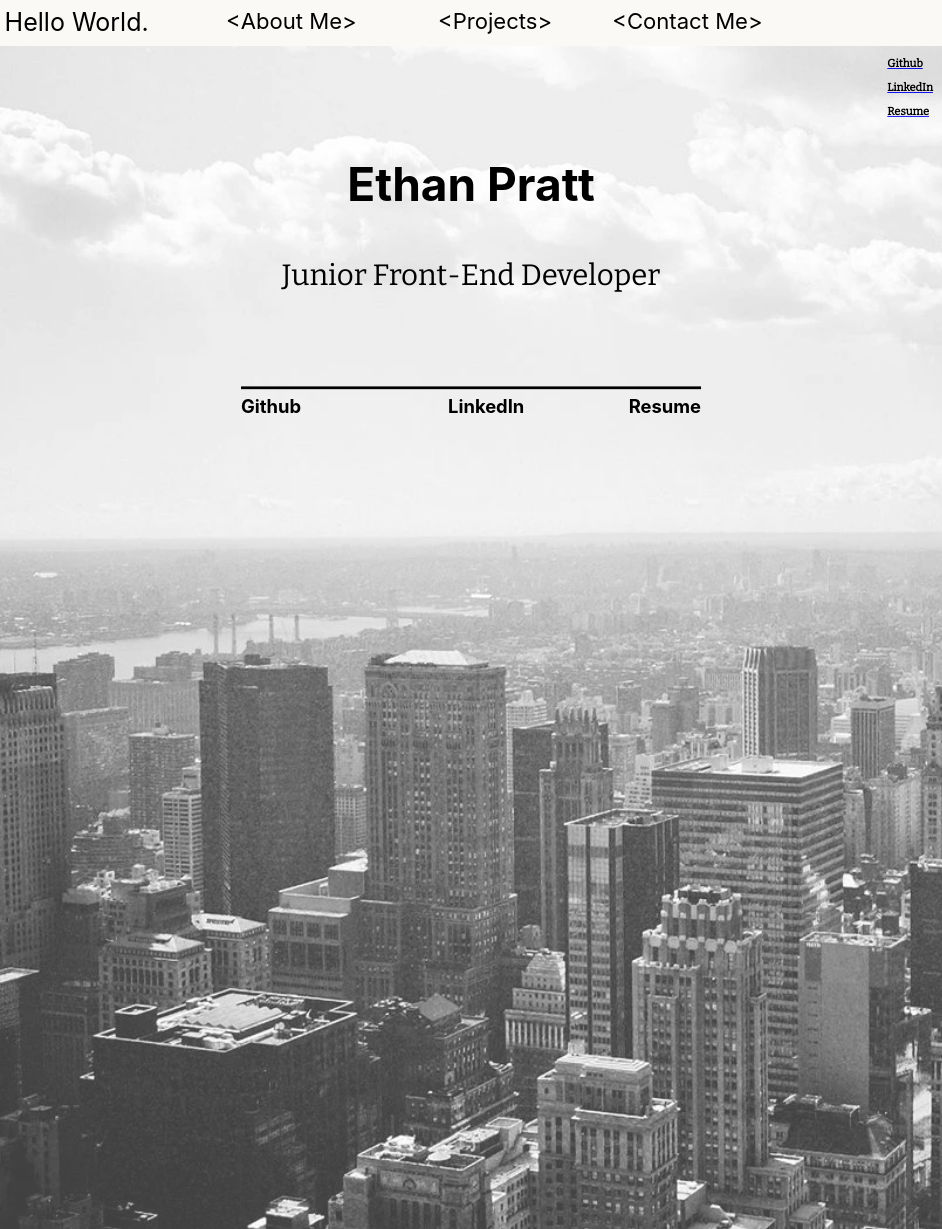
Repository: ghend99/website_ethan_pratt
Page: /
An editor plug-in stored every save of this project. The page is shown before and after the next save, followed by the edit.
The browser window is 1024 px wide. The pictures show the whole page, at 92% of full size.
The project was rebuilt for these pictures with package versions that can differ from the ones it lists, and the page was loaded fresh each time. Also part of the build but not shown: src/css/about.css, src/pages/about.js, src/pages/project.js, src/css/contact.css, src/pages/contact.js.

Above is the page before, as saved 2023-05-02 13:02:03.

### public/index.html
<!DOCTYPE html>
<html lang="en">
  <head>
    <meta charset="utf-8" />
    <link rel="icon" href="%PUBLIC_URL%/favicon.ico" />
    <meta name="viewport" content="width=device-width, initial-scale=1" />
    <meta name="theme-color" content="#000000" />
    <meta
      name="description"
      content="Web site created using create-react-app"
    />
    <link rel="apple-touch-icon" href="%PUBLIC_URL%/logo192.png" />
    <!--
      manifest.json provides metadata used when your web app is installed on a
      user's mobile device or desktop. See https://developers.google.com/web/fundamentals/web-app-manifest/
    -->
    <link rel="manifest" href="%PUBLIC_URL%/manifest.json" />
    <!--
      Notice the use of %PUBLIC_URL% in the tags above.
      It will be replaced with the URL of the `public` folder during the build.
      Only files inside the `public` folder can be referenced from the HTML.

      Unlike "/favicon.ico" or "favicon.ico", "%PUBLIC_URL%/favicon.ico" will
      work correctly both with client-side routing and a non-root public URL.
      Learn how to configure a non-root public URL by running `npm run build`.
    -->
    <title>Ethan Pratt | Junior Front-End Developer</title>
  </head>
  <body>
    <noscript>You need to enable JavaScript to run this app.</noscript>
    <div id="root"></div>
    <!--
      This HTML file is a template.
      If you open it directly in the browser, you will see an empty page.

      You can add webfonts, meta tags, or analytics to this file.
      The build step will place the bundled scripts into the <body> tag.

      To begin the development, run `npm start` or `yarn start`.
      To create a production bundle, use `npm run build` or `yarn build`.
    -->
  </body>
</html>

### src/App.js
import { BrowserRouter as Router, Routes, Route } from "react-router-dom";
import { Home } from "./pages/home";
import { About } from "./pages/about.js";
import { Project } from "./pages/project.js";
import { Contact } from "./pages/contact.js";

function App() {
  return (
    <div className="App">
      <Router>
        <Routes>
          <Route path="/" element={<Home />} />
          <Route path="/projects" element={<Project />} />
          <Route path="/about" element={<About />} />
          <Route path="/contact" element={<Contact />} />
        </Routes>
      </Router>
    </div>
  );
}

export default App;

### src/pages/home.js
import { Header } from "../components/header.js";

import "../css/home.css";

export const Home = () => {
  return (
    <div>
      <div className="bg">
        <Header />
        <div id="center-container">
          <p className="home-name">Ethan Pratt</p>
          <p className="home-job-title">Junior Front-End Developer</p>

          <div id="home-socials-container">
            <a
              id="home-socials"
              className="home-github"
              href="https://github.com/ghend99"
              target={"_blank"}
            >
              <p>Github</p>
            </a>

            <a
              id="home-socials"
              className="home-linkedin"
              href="https://www.linkedin.com/in/ethan-pratt-014904217/"
              target={"_blank"}
            >
              <p>LinkedIn</p>
            </a>
            <a
              id="home-socials"
              className="home-resume"
              href="https://acrobat.adobe.com/link/review?uri=urn:aaid:scds:US:da99c37f-c24d-3e9b-a6fa-3d40d675b989"
              target="{_blank}"
            >
              <p>Resume</p>
            </a>
          </div>
        </div>
      </div>
    </div>
  );
};

### src/components/header.js
import React, { useState } from "react";
import { Link } from "react-router-dom";
import "../css/header.css";
import github from "../images/github.png";
import linkedin from "../images/linkedin.png";
import resume from "../images/resume.png";
import menu from "../images/menu.png";

export const Header = () => {
  return (
    <div className="header-container">
      <Link className="header-title" to="/">
        Hello World.
      </Link>
      <Link id="header-nav" className="header-projects" to="/projects">
        &lt;Projects&gt;
      </Link>
      <Link id="header-nav" className="header-about" to="/about">
        &lt;About Me&gt;
      </Link>
      <Link id="header-nav" className="header-contact" to="/contact">
        &lt;Contact Me&gt;
      </Link>
      <a href="https://github.com/ghend99" target={"_blank"}>
        <img id="header-socials" className="header-github" src={github} />
      </a>
      <a href="https://www.linkedin.com/in/ethanapratt/" target={"_blank"}>
        <img id="header-socials" className="header-linkedin" src={linkedin} />
      </a>
      <a
        href="https://acrobat.adobe.com/link/review?uri=urn:aaid:scds:US:da99c37f-c24d-3e9b-a6fa-3d40d675b989"
        target={"_blank"}
      >
        <img id="header-socials" className="header-resume" src={resume} />
      </a>

      <div className="header-socials-list">
        <a href="https://github.com/ghend99" target={"_blank"}>
          <p className="header-socials-text">Github</p>
        </a>
        <a href="https://www.linkedin.com/in/ethanapratt/" target={"_blank"}>
          <p className="header-socials-text">LinkedIn</p>
        </a>
        <a
          href="https://acrobat.adobe.com/link/review?uri=urn:aaid:scds:US:da99c37f-c24d-3e9b-a6fa-3d40d675b989"
          target={"_blank"}
        >
          <p className="header-socials-text">Resume</p>
        </a>
      </div>
    </div>
  );
};

### src/css/home.css
@import url("https://fonts.googleapis.com/css2?family=Bitter&display=swap");

#center-container {
  position: relative;
  max-width: 25%;
  min-width: 500px;
  height: 20%;
  border-bottom: solid;
  /* background-color: aqua; */
  margin-left: auto;
  margin-right: auto;
  top: 10%;
  text-align: center;
  padding: 70px 0;
}

.home-name {
  top: 0;
  font-size: 50px;
  font-weight: bold;
}

.home-job-title {
  font-size: 32px;
  font-family: "Bitter";
}

.home-resume,
.home-github,
.home-linkedin {
  position: absolute;
  bottom: -50px;
  text-decoration: none;
  color: black;
  font-size: 20px;
  font-weight: bold;
  height: 50px;
  padding-bottom: 10px;
}

.home-resume:hover,
.home-github:hover,
.home-linkedin:hover {
  border-bottom: solid;
}

.home-github {
  left: 0;
}

.home-linkedin {
  left: 45%;
}

.home-resume {
  right: 0;
}

@media screen and (min-width: 0) and (max-width: 708px) {
  #center-container {
    min-width: 350px;
  }

  .home-linkedin {
    left: 140px;
  }
}

### src/css/header.css
@import url("https://fonts.googleapis.com/css2?family=Bitter&display=swap");

.header-socials-text {
  color: black;
  text-decoration: none;
  border-bottom: none;
}

.header-container {
  position: relative;
  display: flex;
  flex-direction: row;
  max-width: 100%;
  min-width: 530px;
  max-height: 200px;
  min-height: 50px;
  background-color: #faf9f6;
  /* padding-top: 20px; */
}

.header-title {
  position: absolute;
  left: 5px;
  margin: 0;
  margin-right: clamp(20px, 50px, 30px);
  font-size: clamp(1rem, 4vw, 1.7rem);
  top: 8px;
  text-decoration: none;
  color: black;
}

#header-nav {
  position: absolute;
  display: flex;
  font-size: clamp(1rem, 4vw, 1.5rem);
  margin: 0;
  margin-right: clamp(20px, 50px, 30px);
  top: 8px;
}

.header-projects {
  left: clamp(30%, 46.5%, 60%);
  text-decoration: none;
  color: black;
}

.header-about {
  margin: 0;
  margin-left: 50px;
  margin-right: 100px;
  left: clamp(5px, 24%, 55%);
  text-decoration: none;
  color: black;
}

.header-contact {
  left: clamp(20%, 65%, 70%);
  text-decoration: none;
  color: black;
}

#header-socials {
  max-width: 11%;
  min-width: 35px;
  max-height: 50%;
  min-height: 10px;
  top: 15px;
  cursor: pointer;
}

#header-nav:hover {
  border-bottom: solid;
}

.header-github {
  position: absolute;
  right: clamp(10px, 12%, 110px);
}

.header-linkedin {
  position: absolute;
  right: clamp(5px, 10%, 60px);
}

.header-resume {
  position: absolute;
  right: clamp(10px, 10%, 10px);
}

.bg {
  position: relative;
  max-width: 100%;
  min-width: 650px;
  height: 100%;
  min-height: 83.5rem;
  background-size: cover;
  background-repeat: no-repeat;
  background-position: center center;
}

.bg::before {
  content: "";
  background-image: url(../images/background-image.jpg);
  background-size: cover;
  position: absolute;
  top: 0px;
  right: 0px;
  bottom: 0px;
  left: 0px;
  opacity: 0.75;
}

.header-socials-list {
  position: absolute;
  right: 10px;
  top: 50px;
  font-size: 12px;
  font-weight: bold;
  font-family: "Bitter";
  color: black;
  opacity: 0;
  transition: all 0.2s;
}

@media screen and (min-width: 0) and (max-width: 1028px) {
  #header-socials {
    display: none;
  }

  .header-socials-list {
    opacity: 1;
  }
}

@media screen and (min-width: 0) and (max-width: 612px) {
  #header-nav {
    top: 13px;
    font-size: 22px;
  }

  .header-socials-menu {
    top: 15px;
    right: 10px;
    width: 20px;
    height: 20px;
  }
}

@media screen and (min-width: 0) and (max-width: 554px) {
  #header-nav {
    font-size: 20px;
  }

  .header-title {
    top: 15px;
    font-size: 16px;
  }
}

@media screen and (min-width: 0) and (max-width: 425px) {
  .header-container {
    min-width: 150px;
  }

  #header-nav {
    font-size: 14px;
    top: 16px;
  }

  .bg {
    min-width: 170px;
  }
}

@media screen and (min-width: 0) and (max-width: 320px) {
  .header-title {
    font-size: 14px;
    margin-right: 60px;
  }

  #header-nav {
    min-width: 100px;
    font-size: 12px;
  }

  .header-about {
    left: 85px;
  }

  .header-projects {
    left: 160px;
  }

  .header-contact {
    position: absolute;
    left: 220px;
  }
}

### src/css/project.css
@import url("https://fonts.googleapis.com/css2?family=Bitter&display=swap");

#projects-container {
  position: absolute;
  display: grid;
  grid-template-columns: 1fr 1fr 1fr 1fr;
  grid-template-rows: 3fr;
  max-width: 80%;
  min-width: 70%;
  max-height: 400vh;
  min-height: 150px;
  /* background-color: blue; */
  /* opacity: 0.7; */
  left: 10%;
  top: 10%;
}

#single-project {
  position: relative;
  max-width: 100%;
  max-height: 600px;
  min-height: 100%;
  border: solid;
  text-align: center;
  background-color: #faf9f6;
}

.project-name {
  font-family: "Bitter";
  font-size: clamp(18px, 24px, 30px);
}

#project-image {
  position: relative;
  max-width: 80%;
  max-height: 75%;
  min-height: 20%;
  top: -10px;
  margin-left: auto;
  margin-right: auto;
}

.image {
  width: 70%;
}

#project-stacks-used {
  margin: 0;
  top: 300px;
}

.project-footer {
  position: absolute;
  display: grid;
  grid-template-columns: 1fr 1fr 1fr;
  text-align: center;
  width: 100%;
  height: 6%;
  bottom: 10px;
}

.source-link,
.source-demo,
.project-info {
  position: absolute;
  text-decoration: none;
  color: black;
  font-size: clamp(0.8rem, 0.5vw, 0.8rem);
  font-weight: bold;
  height: 20px;
  cursor: pointer;
}

.source-link {
  left: 5px;
}

.source-demo {
  right: 5px;
}

#project-information {
  font-size: 14px;
}

.source-link:hover,
.source-demo:hover,
.project-info:hover {
  border-bottom: solid;
}

@media screen and (min-width: 0) and (max-width: 1028px) {
  /* #project-container {
    grid-template-columns: 1fr 1fr 1fr;
  } */

  /* #single-project {
    height: 50%;
  } */

  .project-footer {
    grid-template-rows: 0.5fr;
    bottom: 0;
  }

  .source-link,
  .source-demo,
  .project-info {
    font-size: 10px;
    font-weight: bold;
  }

  .source-link {
    margin: 0;
  }

  .source-demo {
    margin: 0;
    right: 7px;
  }

  .project-info {
    margin: 0;
    top: -4px;
  }
}

@media screen and (min-width: 0) and (max-width: 708px) {
  #projects-container {
    grid-template-columns: 1fr 1fr;
    grid-template-rows: 1fr 1fr;
  }

  .project-footer {
    bottom: 0;
  }

  .source-link,
  .source-demo,
  .project-info {
    font-size: 8px;
  }

  #single-project {
    min-height: 410px;
  }

  #project-information {
    font-size: 12px;
  }
}

Loaded but not shown: src/index.js (common file); src/index.css (common file)

After the next save:
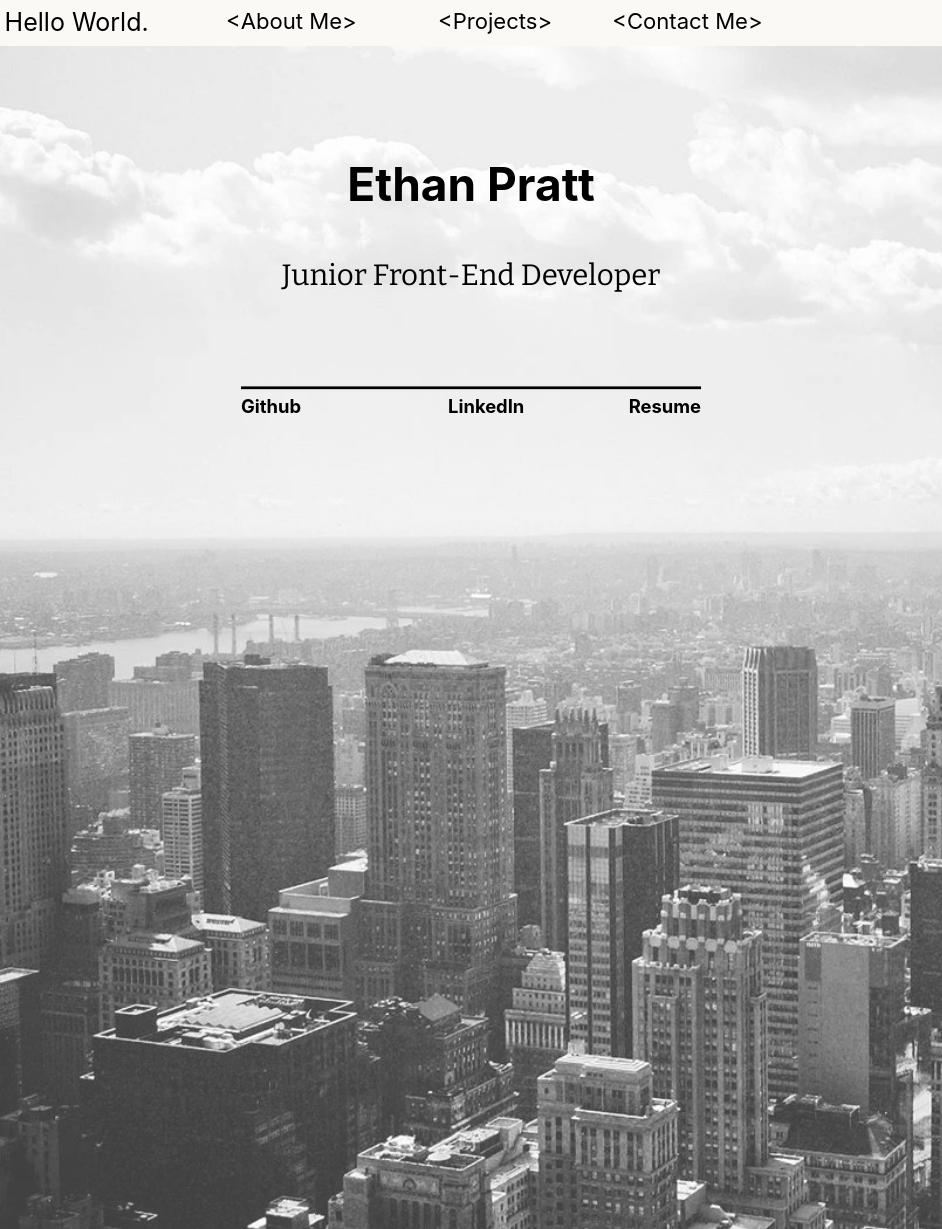
Saved 83 s later.
--- a/src/css/header.css
+++ b/src/css/header.css
@@ -128,7 +128,7 @@
   }
 
   .header-socials-list {
-    opacity: 1;
+    display: none;
   }
 }
 
